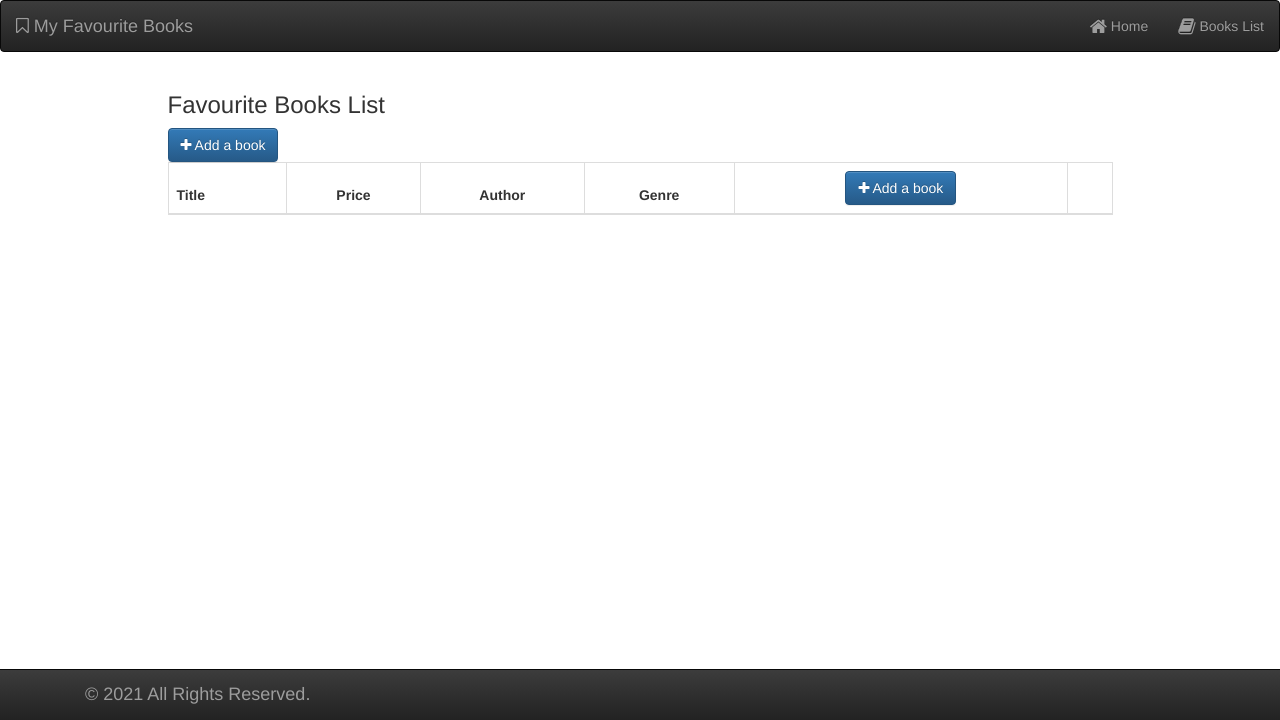
Repository: MateoD-0700/MyFirstRepo
Page: http://localhost/books
These files come from the project's save history. The page is drawn as it stood at one moment and after the next save; the edit follows.
The browser window is 1280 px wide. The pictures show the whole page.
The page is served by the project's Node server (server.js). Other server files are loaded and not shown. Queries for data that is not in the repository find no rows.

Above is the page before, as saved 2021-06-22 16:38:57.

### Desktop/Semester 3/Web Application Development/COMP229-F2020-Midterm--301156025--main/server/views/books/index.ejs
<%- include('../partials/header.ejs'); %>

    <!-- MAIN CONTENT -->
    <div class="container">
      <div class="row">
        <div class="col-md-offset-1 col-md-10">
          <h3>Favourite Books List </h3>
          <!-- ------------------------ -->
          <!-- FIX THE ADD BUTTON BELOW -->
          <!-- ------------------------ -->
          <a href="" class="btn btn-primary"><i class="fa fa-plus"></i> Add a book</a>

          <br>
          <div class="table-responsive">
            <table class="table table-bordered table-striped table-hover">
              <thead>
                <tr>
                  <th>Title</th>
                  <th class="text-center">Price</th>
                  <th class="text-center">Author</th>
                  <th class="text-center">Genre</th>
                  <th class="text-center"><a href="" class="btn btn-primary"><i class="fa fa-plus"></i> Add a book</a></th>
                  <th class="text-center"></th>
                </tr>
                </thead>
                <tbody>
                <!-- Template Row -->
                <% for (let count = 0; count < books.length; count++) { %>
                <tr>
                  <td><%= books[count].Title %></td>
                  <td class="text-center">$<%= books[count].Price %></td>
                  <td class="text-center"><%= books[count].Author %></td>
                  <td class="text-center"><%= books[count].Genre %></td>

                  <td class="text-center">

                  <a href="<%= books[count]._id %>" class="btn btn-primary btn-sm">
                          <i class="fas fa-edit"></i> Edit</a>
                    <!-- ------------------------ -->
                    <!-- ADD the EDIT BUTTON HERE -->
                    <!-- ------------------------ -->


                  </td>

                  <td class="text-center">
                    <!-- ------------------------ -->
                    <!-- ADD the DELETE BUTTON HERE -->
                    <!-- ------------------------ -->
                  </td>

                </tr>
                <% } %>
              </tbody>
            </table>
          </div>
           <div class="col-md-offset-1 col-md-10 text-center">
            <ul class="pagination pagination-lg pager" id="myPager"></ul>
          </div>
        </div>
      </div>
    </div>

<%- include('../partials/footer.ejs'); %>

### Desktop/Semester 3/Web Application Development/COMP229-F2020-Midterm--301156025--main/server/views/partials/header.ejs
<!DOCTYPE html>
<html lang="en">
  <head>
    <meta charset="utf-8">
    <meta name="viewport" content="width=device-width, initial-scale=1">
    <title><%= title %></title>
    <!-- CSS SECTION -->
    <link rel="stylesheet" href="/Scripts/lib/bootstrap/dist/css/bootstrap.min.css">
    <link rel="stylesheet" href="/Scripts/lib/bootstrap/dist/css/bootstrap-theme.min.css">
    <link rel="stylesheet" href="/Scripts/lib/font-awesome/css/font-awesome.min.css">
    <link rel='stylesheet' href='/Content/app.css' />
  </head>
  <body>

  <nav class="navbar navbar-inverse" role="navigation">
    <!-- Brand and toggle get grouped for better mobile display -->
    <div class="navbar-header">
      <button type="button" class="navbar-toggle" data-toggle="collapse" data-target=".navbar-ex1-collapse">
        <span class="sr-only">Toggle navigation</span>
        <span class="icon-bar"></span>
        <span class="icon-bar"></span>
        <span class="icon-bar"></span>
      </button>
      <a class="navbar-brand" href="/"><i class="fa fa-bookmark-o"></i> My Favourite Books</a>
    </div>

    <!-- Collect the nav links, forms, and other content for toggling -->
    <div class="collapse navbar-collapse navbar-ex1-collapse">
      <ul class="nav navbar-nav navbar-right">
        <% if(title == "Home") { %>
          <li class="active"><a href="/"><i class="fa fa-home fa-lg"></i> Home</a></li>
        <% } else { %>
          <li><a href="/"><i class="fa fa-home fa-lg"></i> Home</a></li>
        <% } %>

          <% if(title == "books") { %>
          <li class="active"><a href="/books"><i class="fa fa-book fa-lg">
          </i> Books List</a></li>
          <% } else { %>
            <li><a href="/books"><i class="fa fa-book fa-lg">
            </i> Books List</a></li>
          <% } %>

      </ul>
    </div><!-- /.navbar-collapse -->
  </nav>

### Desktop/Semester 3/Web Application Development/COMP229-F2020-Midterm--301156025--main/server/views/partials/footer.ejs

<nav class="navbar navbar-inverse navbar-fixed-bottom">
  <div class="container">
    <h4  class="navbar-text">&copy; 2021 All Rights Reserved.</h4>
  </div>
</nav>



<!-- JAVASCRIPT SECTION -->
    <script src="/Scripts/lib/jquery/dist/jquery.min.js"></script>
    <script src="/Scripts/lib/bootstrap/dist/js/bootstrap.min.js"></script>
    <script src="/Scripts/app.js"></script>
  </body>
</html>

### Desktop/Semester 3/Web Application Development/COMP229-F2020-Midterm--301156025--main/server.js
let app = require('./server/config/app');
let debug = require('debug')('comp308-w2019-midterm:server');
let http = require('http');

/**
 * Get port from environment and store in Express.
 */

let port = normalizePort(process.env.PORT || '3000');
app.set('port', port);

/**
 * Create HTTP server.
 */

let server = http.createServer(app);

/**
 * Listen on provided port, on all network interfaces.
 */

server.listen(port);
server.on('error', onError);
server.on('listening', onListening);

/**
 * Normalize a port into a number, string, or false.
 */

function normalizePort(val) {
  let port = parseInt(val, 10);

  if (isNaN(port)) {
    // named pipe
    return val;
  }

  if (port >= 0) {
    // port number
    return port;
  }

  return false;
}

/**
 * Event listener for HTTP server "error" event.
 */

function onError(error) {
  if (error.syscall !== 'listen') {
    throw error;
  }

  let bind = typeof port === 'string'
    ? 'Pipe ' + port
    : 'Port ' + port;

  // handle specific listen errors with friendly messages
  switch (error.code) {
    case 'EACCES':
      console.error(bind + ' requires elevated privileges');
      process.exit(1);
      break;
    case 'EADDRINUSE':
      console.error(bind + ' is already in use');
      process.exit(1);
      break;
    default:
      throw error;
  }
}

/**
 * Event listener for HTTP server "listening" event.
 */

function onListening() {
  let addr = server.address();
  let bind = typeof addr === 'string'
    ? 'pipe ' + addr
    : 'port ' + addr.port;
  debug('Listening on ' + bind);
}

### Desktop/Semester 3/Web Application Development/COMP229-F2020-Midterm--301156025--main/server/routes/books.js
// modules required for routing
let express = require('express');
let router = express.Router();
let mongoose = require('mongoose');

// define the book model
let book = require('../models/books');

/* GET books List page. READ */
router.get('/', (req, res, next) => {
  // find all books in the books collection
  book.find( (err, books) => {
    if (err) {
      return console.error(err);
    }
    else {
      res.render('books/index', {
        title: 'Books',
        books: books
      });
    }
  });

});

//  GET the Book Details page in order to add a new Book
router.get('/add', (req, res, next) => {

    /*****************
     * ADD CODE HERE *
     *****************/

});

// POST process the Book Details page and create a new Book - CREATE
router.post('/add', (req, res, next) => {

    /*****************
     * ADD CODE HERE *
     *****************/
    res.render('books/details', {title: "Add" , page: 'details', books:'' });

});

// GET the Book Details page in order to edit an existing Book
router.get('/:id', (req, res, next) => {

    /*****************
     * ADD CODE HERE *
     *****************/
});

// POST - process the information passed from the details form and update the document
router.post('/:id', (req, res, next) => {

    /*****************
     * ADD CODE HERE *
     *****************/

});

// GET - process the delete by user id
router.get('/delete/:id', (req, res, next) => {

    /*****************
     * ADD CODE HERE *
     *****************/
});


module.exports = router;

### Desktop/Semester 3/Web Application Development/COMP229-F2020-Midterm--301156025--main/client/Scripts/app.js
/* custom JS goes here */

/* pagination code from http://www.bootply.com/lxa0FF9yhw */
$.fn.pageMe = function(opts){
    var $this = this,
        defaults = {
            perPage: 7,
            showPrevNext: false,
            hidePageNumbers: false
        },
        settings = $.extend(defaults, opts);

    var listElement = $this;
    var perPage = settings.perPage;
    var children = listElement.children();
    var pager = $('.pager');

    if (typeof settings.childSelector!="undefined") {
        children = listElement.find(settings.childSelector);
    }

    if (typeof settings.pagerSelector!="undefined") {
        pager = $(settings.pagerSelector);
    }

    var numItems = children.size();
    var numPages = Math.ceil(numItems/perPage);

    pager.data("curr",0);

    if (settings.showPrevNext){
        $('<li><a href="#" class="prev_link">«</a></li>').appendTo(pager);
    }

    var curr = 0;
    while(numPages > curr && (settings.hidePageNumbers==false)){
        $('<li><a href="#" class="page_link">'+(curr+1)+'</a></li>').appendTo(pager);
        curr++;
    }

    if (settings.showPrevNext){
        $('<li><a href="#" class="next_link">»</a></li>').appendTo(pager);
    }

    pager.find('.page_link:first').addClass('active');
    pager.find('.prev_link').hide();
    if (numPages<=1) {
        pager.find('.next_link').hide();
    }
  	pager.children().eq(1).addClass("active");

    children.hide();
    children.slice(0, perPage).show();

    pager.find('li .page_link').click(function(){
        var clickedPage = $(this).html().valueOf()-1;
        goTo(clickedPage,perPage);
        return false;
    });
    pager.find('li .prev_link').click(function(){
        previous();
        return false;
    });
    pager.find('li .next_link').click(function(){
        next();
        return false;
    });

    function previous(){
        var goToPage = parseInt(pager.data("curr")) - 1;
        goTo(goToPage);
    }

    function next(){
        goToPage = parseInt(pager.data("curr")) + 1;
        goTo(goToPage);
    }

    function goTo(page){
        var startAt = page * perPage,
            endOn = startAt + perPage;

        children.css('display','none').slice(startAt, endOn).show();

        if (page>=1) {
            pager.find('.prev_link').show();
        }
        else {
            pager.find('.prev_link').hide();
        }

        if (page<(numPages-1)) {
            pager.find('.next_link').show();
        }
        else {
            pager.find('.next_link').hide();
        }

        pager.data("curr",page);
      	pager.children().removeClass("active");
        pager.children().eq(page+1).addClass("active");

    }
};

// IIFE
(function(){
  $(".btn-danger").click(function(event){
    if(!confirm("Are you sure?")) {
      event.preventDefault();
      window.location.assign("/games");
    }
  });

 /* pagination code */
  $('#myTable').pageMe(
    {pagerSelector:'#myPager',showPrevNext:true,hidePageNumbers:false,perPage:6}
    );
})();

Loaded but not shown: Desktop/Semester 3/Web Application Development/COMP229-F2020-Midterm--301156025--main/client/Scripts/lib/bootstrap/dist/css/bootstrap.min.css (library); Desktop/Semester 3/Web Application Development/COMP229-F2020-Midterm--301156025--main/client/Scripts/lib/bootstrap/dist/css/bootstrap-theme.min.css (library); Desktop/Semester 3/Web Application Development/COMP229-F2020-Midterm--301156025--main/client/Scripts/lib/font-awesome/css/font-awesome.min.css (library); Desktop/Semester 3/Web Application Development/COMP229-F2020-Midterm--301156025--main/client/Content/app.css (common file); Desktop/Semester 3/Web Application Development/COMP229-F2020-Midterm--301156025--main/client/Scripts/lib/jquery/dist/jquery.min.js (library); Desktop/Semester 3/Web Application Development/COMP229-F2020-Midterm--301156025--main/client/Scripts/lib/bootstrap/dist/js/bootstrap.min.js (library)

After the next save:
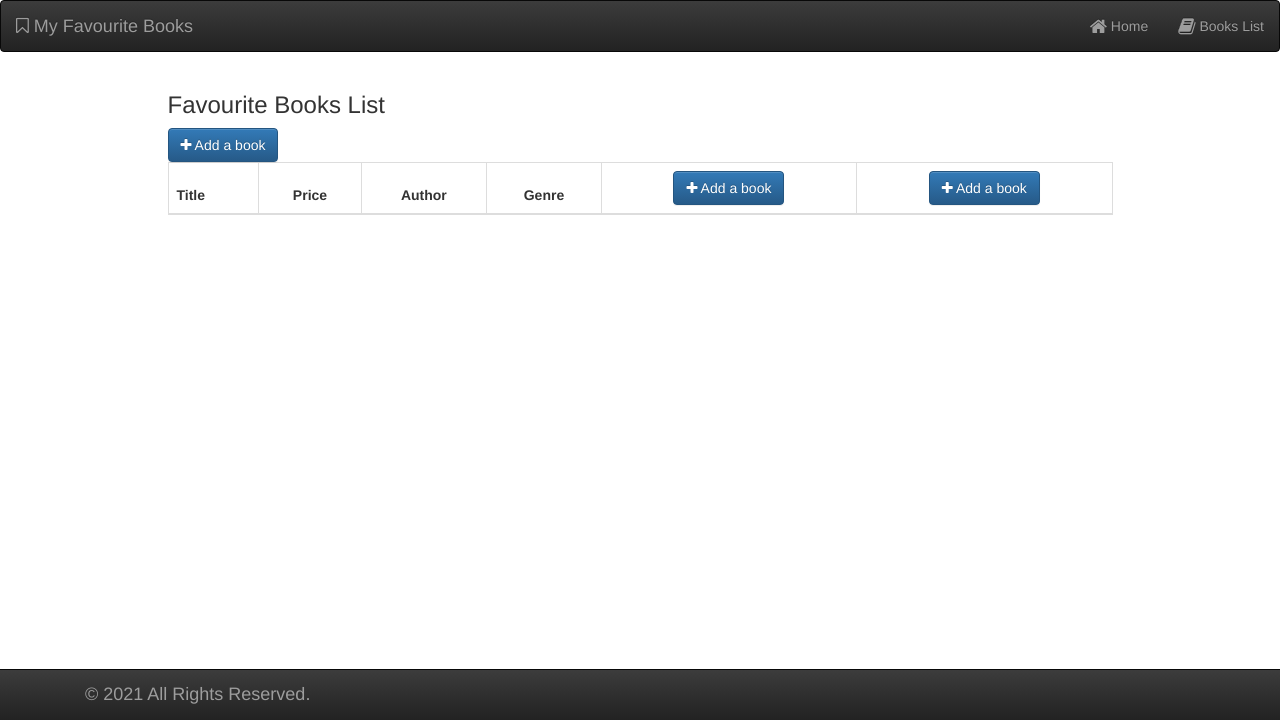
Saved 11 s later.
--- a/Desktop/Semester 3/Web Application Development/COMP229-F2020-Midterm--301156025--main/server/views/books/index.ejs
+++ b/Desktop/Semester 3/Web Application Development/COMP229-F2020-Midterm--301156025--main/server/views/books/index.ejs
@@ -20,7 +20,7 @@
                   <th class="text-center">Author</th>
                   <th class="text-center">Genre</th>
                   <th class="text-center"><a href="" class="btn btn-primary"><i class="fa fa-plus"></i> Add a book</a></th>
-                  <th class="text-center"></th>
+                  <th class="text-center"> <a href="" class="btn btn-primary"><i class="fa fa-plus"></i> Add a book</a></th>
                 </tr>
                 </thead>
                 <tbody>
